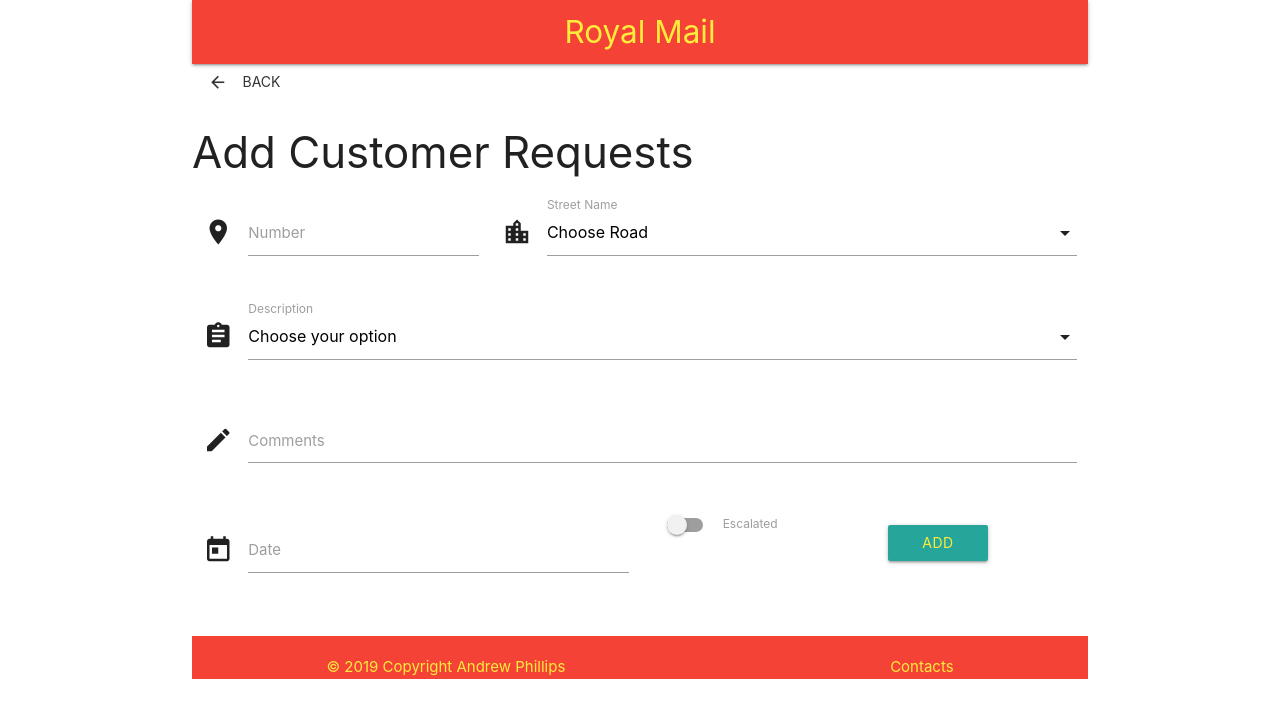
Repository: bandyp/Postal-Reminders
Page: http://localhost/add_request
The author's editor kept a record of every edit. The page is drawn from the files as they stood at one moment, then again after the next edit.
The browser window is 1280 px wide. The pictures show the whole page.
The page is served by the project's application, run on Flask 3 (app.py).

Above is the page before.

### templates/addrequest.html
{% extends 'base.html' %} {% block content %}
<nav>
    <!-- header with home link -->
  <div class="nav-wrapper red">
    <a href="{{ url_for('goto_home') }}" class="brand-logo yellow-text center">Royal Mail</a>
  </div>
</nav>
<!-- back button with home link -->
<a href="{{ url_for('goto_home') }}" class="waves-effect waves-light btn-flat"><i class="material-icons left">arrow_back</i>Back</a>
<h3>Add Customer Requests</h3>
<div class="row">
    <!-- form to add a new request -->
    <form action="{{ url_for('insert_hazard') }}" method="POST" class="col s12">
        <div class="row">
            <div class="input-field col s4">
                <i class="material-icons prefix">location_on</i>
                <input id="number" name="number" type="text" class="validate">
                <label for="number">Number</label>
            </div>
            <div class="input-field col s8">
                <i class="material-icons prefix">location_city</i>
                <select id="street_name" name="street_name">
                      <option value="" disabled selected>Choose Road</option>
                      {% for street in walk_340 %}
                      <option value="{{ street.street_name }}">{{ street.street_name }}</option>
                      {% endfor %}
                </select>
                <label>Street Name</label>
            </div>
        </div>
        <div class="row">
            <div class="input-field col s12">
                <i class="material-icons prefix">assignment</i>
                <select id="incident_description" name="incident_description">
                        <option value="" disabled selected>Choose your option</option>
                        <option value="Customer request: All Mail to Neighbour">All mail to Neighbour</option>
                        <option value="Customer request: Parcels to Neighbour">Parcels to Neighbour</option>
                        <option value="Customer request: Put parcels in safe place">Put parcels in safe place</option>
                        <option value="Customer request: No Junk Mail">No Junk Mail</option>
                        <option value="Customer request: Do not walk on grass">Do not walk on grass</option>
                        <option value="Customer request: Other">Other</option>
                </select>
                <label>Description</label>
            </div>

        </div>
        <div class="row">
            <div class="input-field col s12">
                <i class="material-icons prefix">mode_edit</i>
                <textarea id="comments" name="comments" class="materialize-textarea" data-length="120"></textarea>
                <label for="Comments">Comments</label>
            </div>
        </div>
        <div class="row">

            <div class="input-field col s6">
                <i class="material-icons prefix">today</i>
                <input id="date_reported" name="date_reported" type="text" class="datepicker">
                <label for="icon_prefix">Date</label>
            </div>

            <div class="switch col s3">
                <label>
                    <input id="management_aware" name="management_aware" type="checkbox">
                    <span class="lever"></span>
                      Escalated
                </label>
            </div>
            <div class="submit col s3">
            <button class="btn waves-effect yellow-text waves-light" type="submit" name="action">Add Request</button>
            </div>
    </form>
</div>
{% endblock %}

### templates/base.html
<!DOCTYPE html>
<html lang="en">

<head>
  <!-- Required meta tags -->
  <meta charset="utf-8">
  <meta name="viewport" content="width=device-width, initial-scale=1, shrink-to-fit=no">

  <!-- Framework CSS -->
  <link href="https://fonts.googleapis.com/icon?family=Material+Icons" rel="stylesheet">
  <link rel="stylesheet" href="https://cdnjs.cloudflare.com/ajax/libs/materialize/1.0.0/css/materialize.min.css">
  <link rel="stylesheet" href="{{ url_for('static', filename='CSS/style.css') }}" type="text/css" />

  <title>Postal</title>
</head>

<body>
  <!-- links for template inheritance -->
  <div class="container">
    {% block content %} {% endblock %}
  </div>
  <footer id="expand" class="page-footer red yellow-text">

    <div class="container">
      © 2019 Copyright Andrew Phillips
      <a class="yellow-text red right" href="https://www.myroyalmail.com/Contacts">Contacts</a>
    </div>

  </footer>
  <!-- cdnjs for script -->
  <script src="https://cdnjs.cloudflare.com/ajax/libs/materialize/1.0.0/js/materialize.min.js"></script>
  <script src="https://code.jquery.com/jquery-3.4.1.min.js" integrity="sha256-CSXorXvZcTkaix6Yvo6HppcZGetbYMGWSFlBw8HfCJo=" crossorigin="anonymous"></script>
  <!-- initialize materialise components -->
  <script>

    document.addEventListener('DOMContentLoaded', function() {
      var elems = document.querySelectorAll('.fixed-action-btn');
      var instances = M.FloatingActionButton.init(elems, {
        toolbarEnabled: true
      });
    });

    document.addEventListener('DOMContentLoaded', function() {
      var elems = document.querySelectorAll('select');
      var instances = M.FormSelect.init(elems);
    });

    document.addEventListener('DOMContentLoaded', function() {
      var elems = document.querySelectorAll('.datepicker');
      var instances = M.Datepicker.init(elems);
    });
  </script>
</body>

</html>

### app.py
import os
from flask import Flask, render_template, redirect, request, url_for
from flask_pymongo import PyMongo
from bson.objectid import ObjectId

app = Flask(__name__)
app.config["MONGO_DBNAME"] = 'route_reminders'
app.config["MONGO_URI"] = 'mongodb+srv://bandyp:Ema1LandreW@myfirstcluster-ehsli.mongodb.net/route_reminders?retryWrites=true&w=majority'

mongo = PyMongo(app)

@app.route('/')
@app.route('/reminders')
def reminders():
    return render_template("login.html", logins=mongo.db.logins.find())

@app.route('/insert_login', methods=['POST'])
def insert_login():
    # login form called and results posted to mongo
    logins = mongo.db.logins
    logins.insert_one(request.form.to_dict())
    # go to main page
    return redirect(url_for('get_incidents'))

@app.route('/get_incidents')
def get_incidents():
    # find incidents and login details and put onto incident template
    return render_template("incidents.html", incidents=mongo.db.incidents.find(), logins=mongo.db.logins.find())

@app.route('/insert_hazard', methods=['POST'])
def insert_hazard():
    # insert new hazard onto incident page
    incidents = mongo.db.incidents
    incidents.insert_one(request.form.to_dict())
    return redirect(url_for('get_incidents'))

@app.route('/searches', methods=['POST'])
def searches():
    if request.method == 'POST':
        THE_STRING = request.form.get('search')
        results = mongo.db.find({"street_name":THE_STRING})
        return render_template("route.html", print(results))
    else:
        return redirect(url_for('get_incidents'))

@app.route('/goto_home')
def goto_home():
    # function to return to incident page
    return render_template("incidents.html", incidents=mongo.db.incidents.find(), logins=mongo.db.logins.find())

@app.route('/add_hazard')
def add_hazard():
    # goto add hazard html template
    return render_template("addhazard.html", walk_340=mongo.db.walk_340.find())

@app.route('/add_access')
def add_access():
    # goto add access issue html template
    return render_template("addaccess.html")

@app.route('/add_request')
def add_request():
    # goto add request html template
    return render_template("addrequest.html")

@app.route('/edit_incident/<incident_id>')
def edit_incident(incident_id):
    # edit incident page
    the_incident =  mongo.db.incidents.find_one({"_id": ObjectId(incident_id)})
    mongo.db.incidents.remove({'_id': ObjectId(incident_id)})
    return render_template('editincident.html', incident=the_incident)

@app.route('/delete_incident/<incident_id>')
def delete_incident(incident_id):
    # delete incidents from mongodb
    mongo.db.incidents.remove({'_id': ObjectId(incident_id)})
    return redirect(url_for('see_route'))

@app.route('/see_route')
def see_route():
    # function to view expanded table
    return render_template("route.html", incidents=mongo.db.incidents.find(), logins=mongo.db.logins.find_one({"_id": ObjectId(login_id)}))

if __name__ == '__main__':
    app.run(host=os.environ.get('IP'),
            port=int(os.environ.get('PORT')),
            debug=True)

### static/CSS/style.css
#expand {
    margin-top: 1vh;
    margin-bottom: 1vh;
}

body {
    display: flex;
    min-height: 100vh;
    flex-direction: column;
}

main {
    flex: 1 0 auto;
}

.btn {
     margin:1vw;
     width: 100px;
}

After the next edit:
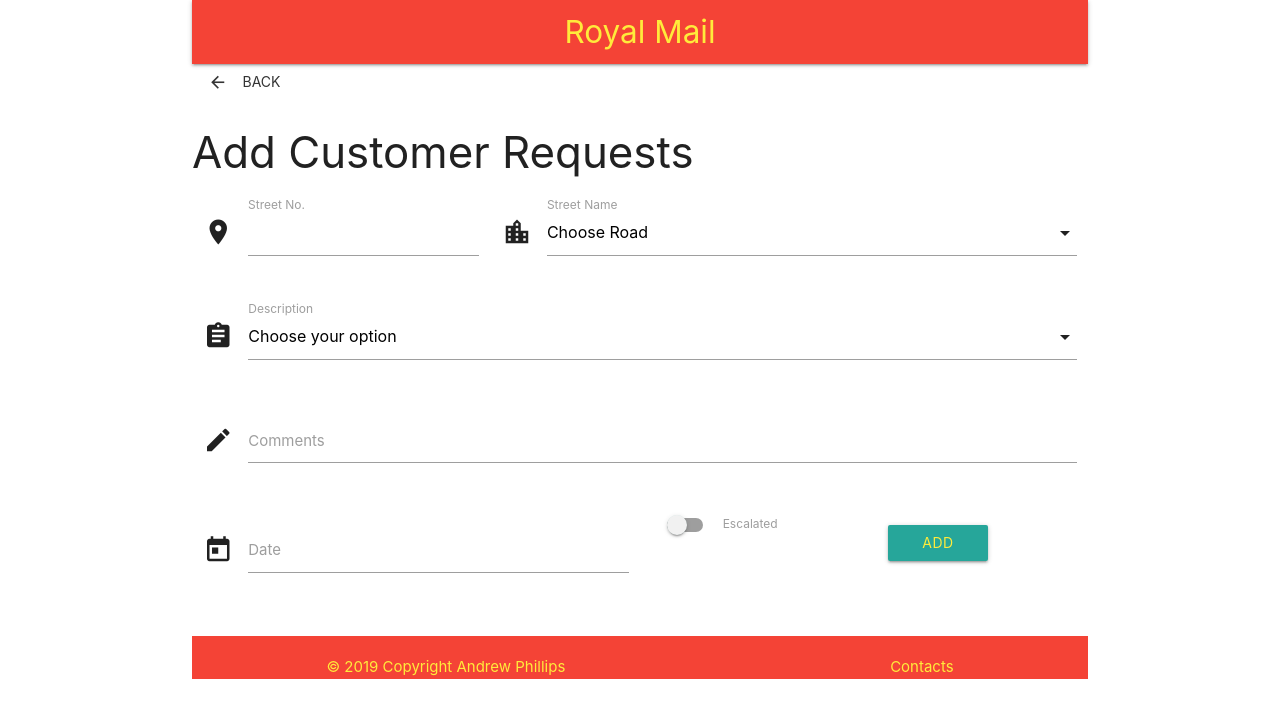
The edit:
--- a/templates/addrequest.html
+++ b/templates/addrequest.html
@@ -1,9 +1,9 @@
 {% extends 'base.html' %} {% block content %}
 <nav>
     <!-- header with home link -->
-  <div class="nav-wrapper red">
-    <a href="{{ url_for('goto_home') }}" class="brand-logo yellow-text center">Royal Mail</a>
-  </div>
+    <div class="nav-wrapper red">
+        <a href="{{ url_for('goto_home') }}" class="brand-logo yellow-text center">Royal Mail</a>
+    </div>
 </nav>
 <!-- back button with home link -->
 <a href="{{ url_for('goto_home') }}" class="waves-effect waves-light btn-flat"><i class="material-icons left">arrow_back</i>Back</a>
@@ -14,8 +14,8 @@
         <div class="row">
             <div class="input-field col s4">
                 <i class="material-icons prefix">location_on</i>
-                <input id="number" name="number" type="text" class="validate">
-                <label for="number">Number</label>
+                <input placeholder="" id="number" name="number" type="text" class="validate">
+                <label for="number">Street No.</label>
             </div>
             <div class="input-field col s8">
                 <i class="material-icons prefix">location_city</i>
@@ -67,8 +67,8 @@
                 </label>
             </div>
             <div class="submit col s3">
-            <button class="btn waves-effect yellow-text waves-light" type="submit" name="action">Add Request</button>
+                <button class="btn waves-effect yellow-text waves-light" type="submit" name="action">Add Request</button>
             </div>
     </form>
-</div>
-{% endblock %}
+    </div>
+    {% endblock %}
